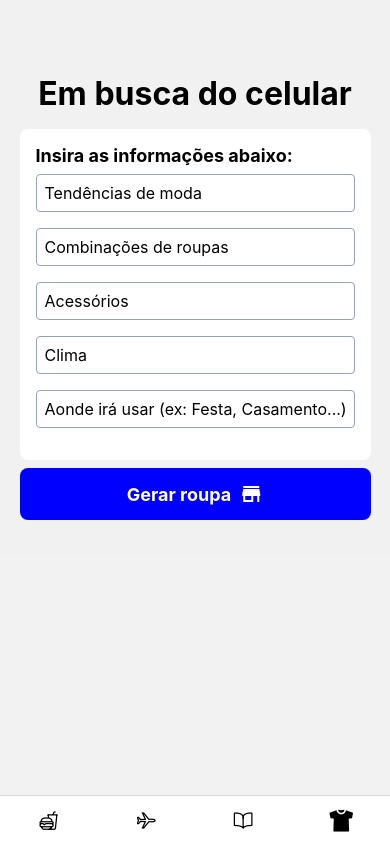
Repository: Matheus904-12/routes
Screen: /Roupas (app in roteamento/)
These files come from the project's save history. The screen is drawn as it stood at one moment and after the next save; the edit follows.
The app was drawn by React Native's web renderer in a window 390 px wide. The project was rebuilt for these pictures with package versions that can differ from the ones it lists, and the page was loaded fresh each time. Also part of the build but not shown: roteamento/pages/viagem.js, roteamento/pages/filmes.js.

Above is the screen before, as saved 2024-05-01 17:55:43.

After the next save:
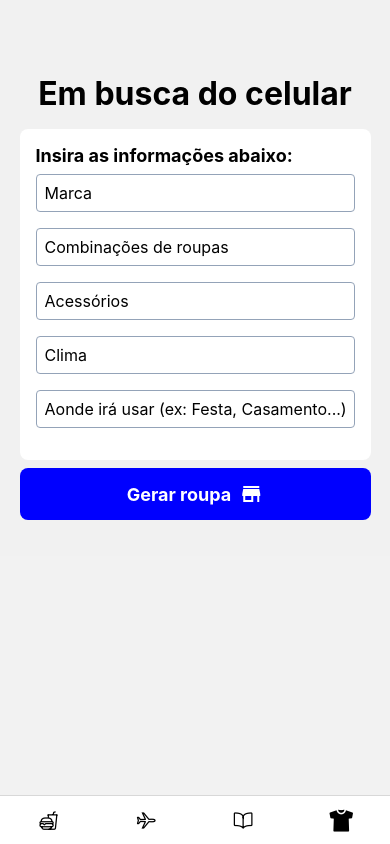
Saved 19 s later.
--- a/roteamento/pages/roupas.js
+++ b/roteamento/pages/roupas.js
@@ -67,7 +67,7 @@ export function Roupas() {
       <View style={ESTILOS.form}>
         <Text style={ESTILOS.label}>Insira as informações abaixo:</Text>
         <TextInput
-          placeholder="Tendências de moda"
+          placeholder="Marca"
           style={ESTILOS.input}
           value={ingr1}
           onChangeText={(texto) => defIngr1(texto)}
